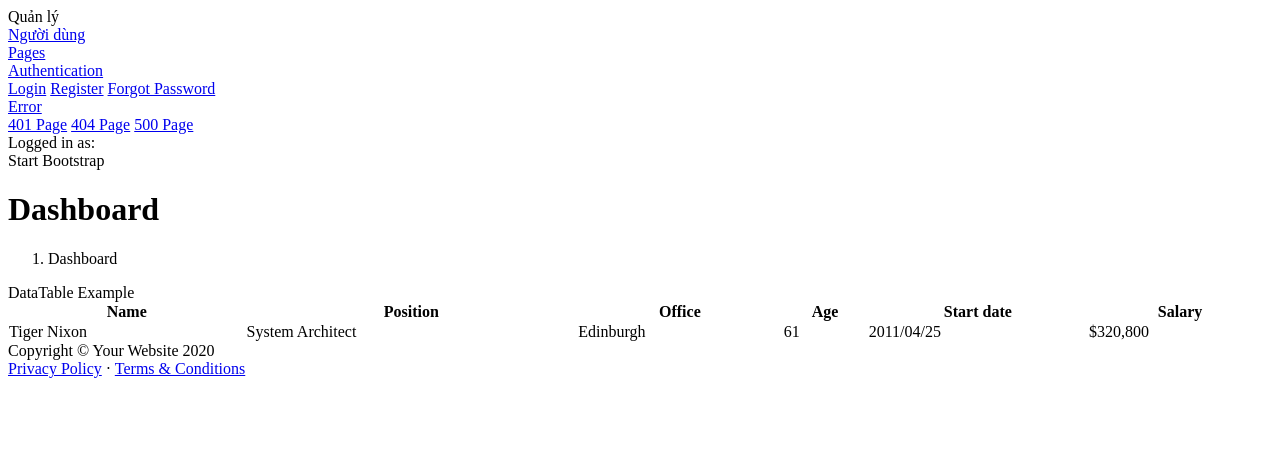
Repository: tampkqn123/springmvc-news
Page: http://localhost/web-news-springmvc/WEB-INF/views/admin/home.jsp
The author's editor kept a copy of each file at every save. The page is drawn from the files as they stood at one save, then again after the next save.
The browser window is 1280 px wide. The pictures show the whole page.
The page is served by Tomcat 9. Nobody is signed in. Other server files are loaded and not shown. The template is opened directly, without the code that normally fills it, so the values that code supplies are empty.

Above is the page before, as saved 2020-09-10 04:55:43.

### web-news-springmvc/src/main/webapp/WEB-INF/views/admin/home.jsp
<%@ page language="java" contentType="text/html; charset=UTF-8"
	pageEncoding="UTF-8"%>
<!DOCTYPE html>
<html>
<head>
<meta charset="UTF-8">
<title>Insert title here</title>
</head>
<body>
	<div id="layoutSidenav">
		<div id="layoutSidenav_nav">
			<nav class="sb-sidenav accordion sb-sidenav-dark"
				id="sidenavAccordion">
				<div class="sb-sidenav-menu">
					<div class="nav">
						<div class="sb-sidenav-menu-heading">Quản lý</div>
						<a class="nav-link collapsed" href="#">
							Người dùng

						<a class="nav-link collapsed" href="#" data-toggle="collapse"
							data-target="#collapsePages" aria-expanded="false"
							aria-controls="collapsePages">
							<div class="sb-nav-link-icon">
								<i class="fas fa-book-open"></i>
							</div> Pages
							<div class="sb-sidenav-collapse-arrow">
								<i class="fas fa-angle-down"></i>
							</div>
						</a>
						<div class="collapse" id="collapsePages"
							aria-labelledby="headingTwo" data-parent="#sidenavAccordion">
							<nav class="sb-sidenav-menu-nested nav accordion"
								id="sidenavAccordionPages">
								<a class="nav-link collapsed" href="#" data-toggle="collapse"
									data-target="#pagesCollapseAuth" aria-expanded="false"
									aria-controls="pagesCollapseAuth"> Authentication
									<div class="sb-sidenav-collapse-arrow">
										<i class="fas fa-angle-down"></i>
									</div>
								</a>
								<div class="collapse" id="pagesCollapseAuth"
									aria-labelledby="headingOne"
									data-parent="#sidenavAccordionPages">
									<nav class="sb-sidenav-menu-nested nav">
										<a class="nav-link" href="login.html">Login</a> <a
											class="nav-link" href="register.html">Register</a> <a
											class="nav-link" href="password.html">Forgot Password</a>
									</nav>
								</div>
								<a class="nav-link collapsed" href="#" data-toggle="collapse"
									data-target="#pagesCollapseError" aria-expanded="false"
									aria-controls="pagesCollapseError"> Error
									<div class="sb-sidenav-collapse-arrow">
										<i class="fas fa-angle-down"></i>
									</div>
								</a>
								<div class="collapse" id="pagesCollapseError"
									aria-labelledby="headingOne"
									data-parent="#sidenavAccordionPages">
									<nav class="sb-sidenav-menu-nested nav">
										<a class="nav-link" href="401.html">401 Page</a> <a
											class="nav-link" href="404.html">404 Page</a> <a
											class="nav-link" href="500.html">500 Page</a>
									</nav>
								</div>
							</nav>
						</div>
					</div>
				</div>
				<div class="sb-sidenav-footer">
					<div class="small">Logged in as:</div>
					Start Bootstrap
				</div>
			</nav>
		</div>
		<div id="layoutSidenav_content">
			<main>
				<div class="container-fluid">
					<h1 class="mt-4">Dashboard</h1>
					<ol class="breadcrumb mb-4">
						<li class="breadcrumb-item active">Dashboard</li>
					</ol>

					<div class="card mb-4">
						<div class="card-header">
							<i class="fas fa-table mr-1"></i> DataTable Example
						</div>
						<div class="card-body">
							<div class="table-responsive">
								<table class="table table-bordered" id="dataTable" width="100%"
									cellspacing="0">

									<tr>
										<th>Name</th>
										<th>Position</th>
										<th>Office</th>
										<th>Age</th>
										<th>Start date</th>
										<th>Salary</th>
									</tr>



									<tr>
										<td>Tiger Nixon</td>
										<td>System Architect</td>
										<td>Edinburgh</td>
										<td>61</td>
										<td>2011/04/25</td>
										<td>$320,800</td>
									</tr>


								</table>
							</div>
						</div>
					</div>
				</div>
			</main>
			<footer class="py-4 bg-light mt-auto">
				<div class="container-fluid">
					<div
						class="d-flex align-items-center justify-content-between small">
						<div class="text-muted">Copyright &copy; Your Website 2020</div>
						<div>
							<a href="#">Privacy Policy</a> &middot; <a href="#">Terms
								&amp; Conditions</a>
						</div>
					</div>
				</div>
			</footer>

		</div>
	</div>
</body>
</html>

After the next save:
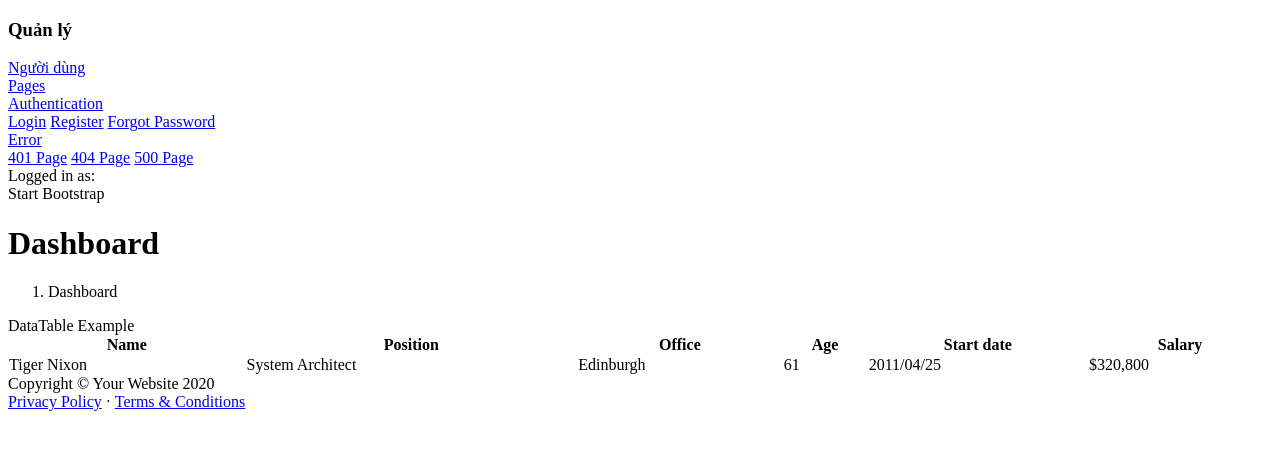
Saved 3 min 54 s later.
--- a/web-news-springmvc/src/main/webapp/WEB-INF/views/admin/home.jsp
+++ b/web-news-springmvc/src/main/webapp/WEB-INF/views/admin/home.jsp
@@ -13,7 +13,7 @@
 				id="sidenavAccordion">
 				<div class="sb-sidenav-menu">
 					<div class="nav">
-						<div class="sb-sidenav-menu-heading">Quản lý</div>
+						<h3><div class="sb-sidenav-menu-heading">Quản lý</div></h3>
 						<a class="nav-link collapsed" href="#">
 							Người dùng
 
